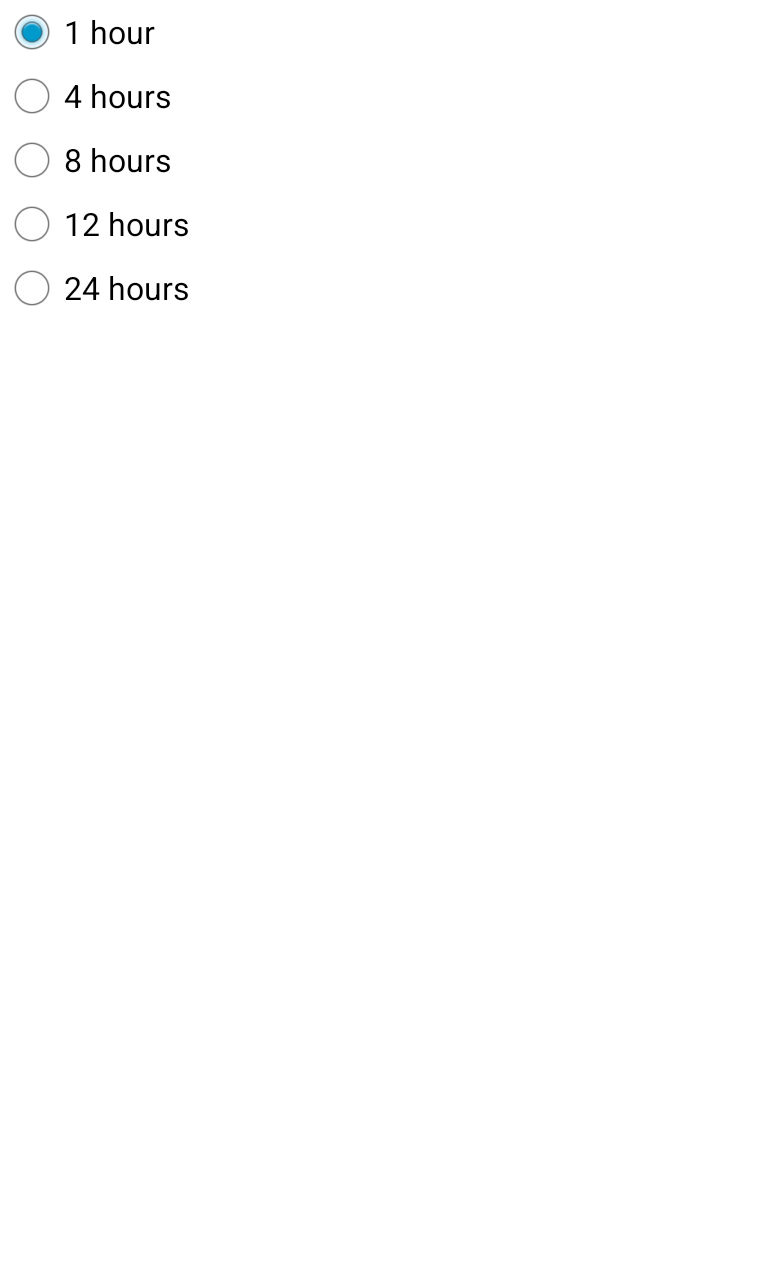
Repository: scottcaruso/MDF3_widgets_and_action_bars
Layout: PictureViewWidget/res/layout/configure_widget.xml
The author's editor kept a copy of each file at every save. The layout is drawn from the files as they stood at one save, then again after the next save.
It is drawn on a 768 x 1280 px phone screen (xhdpi) without system bars, with theme AppTheme; the app's code is not run.

Above is the layout before, as saved 2013-09-19 07:57:08.

After the next save:
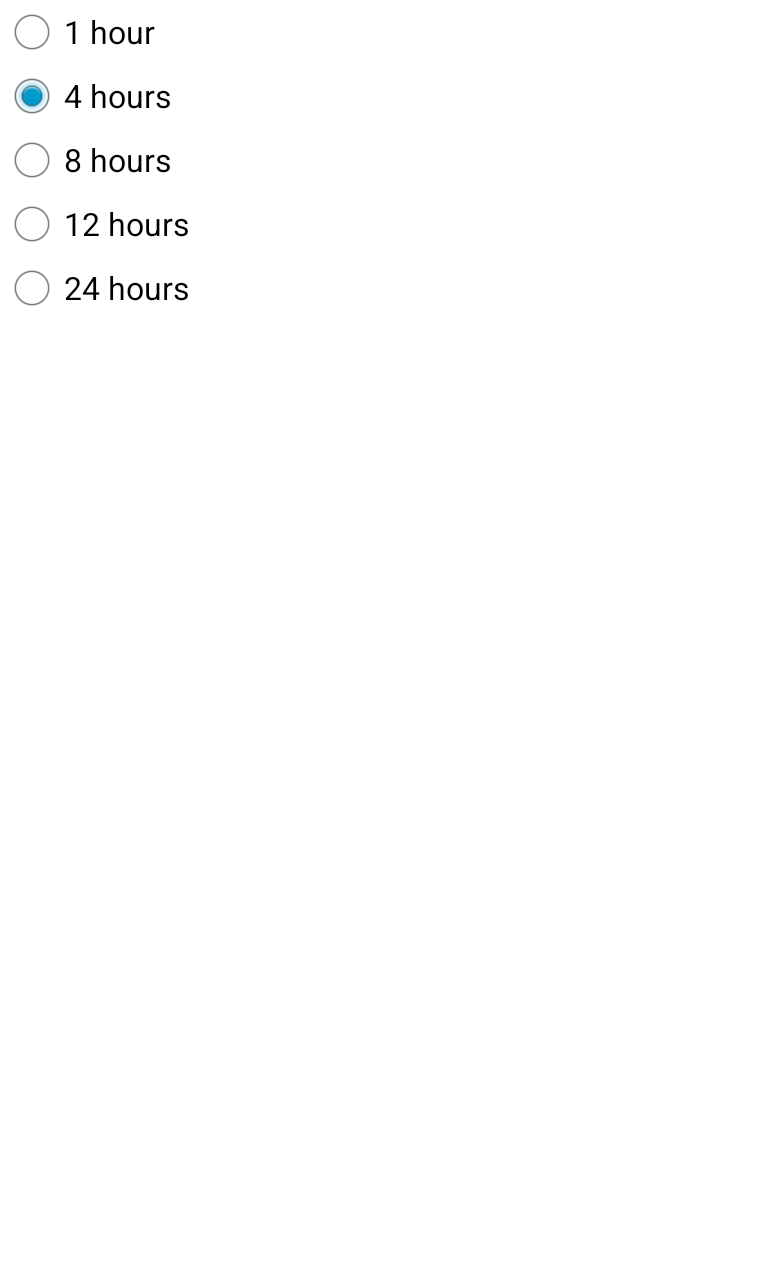
Saved 18 s later.
--- a/PictureViewWidget/res/layout/configure_widget.xml
+++ b/PictureViewWidget/res/layout/configure_widget.xml
@@ -13,14 +13,14 @@
             android:id="@+id/radioMale"
             android:layout_width="wrap_content"
             android:layout_height="wrap_content"
-            android:text="1 hour"
-            android:checked="true" />
+            android:text="1 hour" />
 
         <RadioButton
             android:id="@+id/radioFemale"
             android:layout_width="wrap_content"
             android:layout_height="wrap_content"
-            android:text="4 hours" />
+            android:text="4 hours"
+            android:checked="true" />
 
         <RadioButton
             android:id="@+id/radioFemale"
